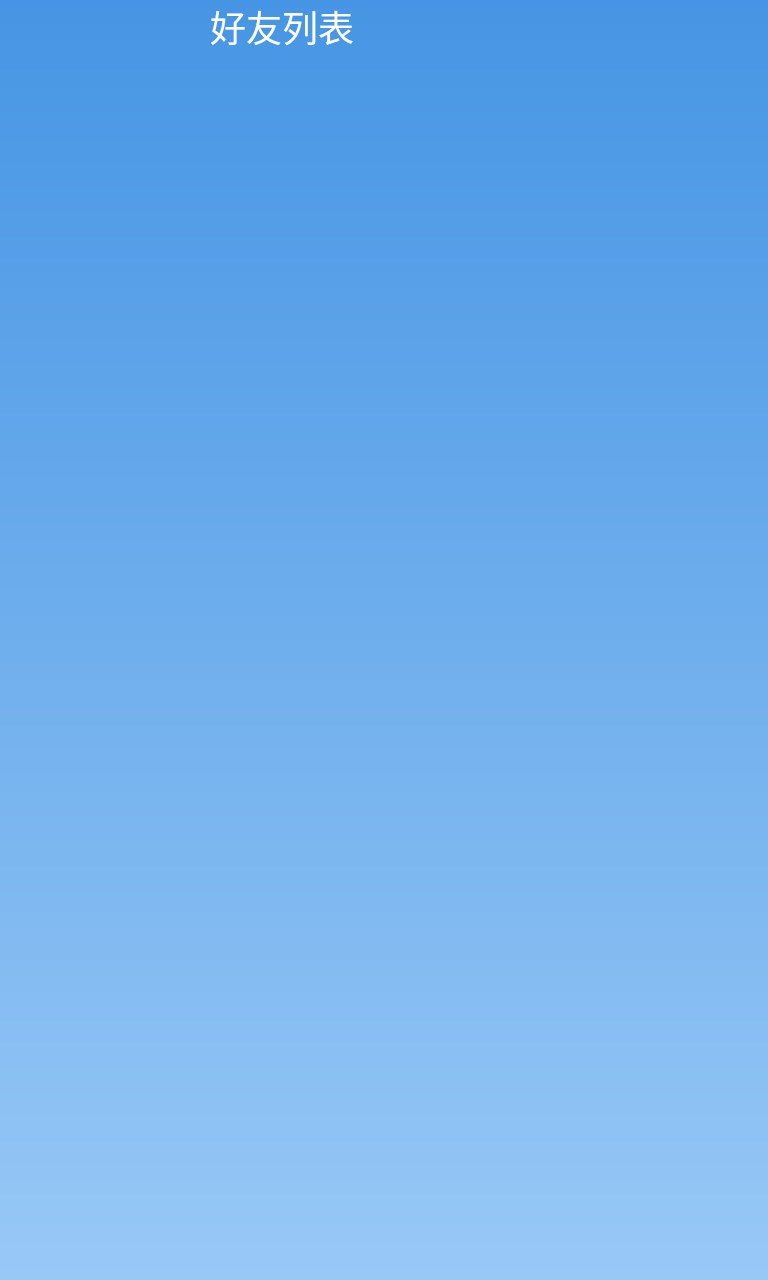
Repository: yjhcjykwbk-jlsec/experiment
Layout: client/CampusClient/res/layout/activity_contact.xml
These files come from the project's save history. The layout is drawn as it stood at one moment and after the next save; the edit follows.
It is drawn on a 768 x 1280 px phone screen (xhdpi) without system bars, with theme android:Theme; the app's code is not run. Lists and similar views that code fills are empty.

Above is the layout before, as saved 2014-03-19 11:07:45.

After the next save:
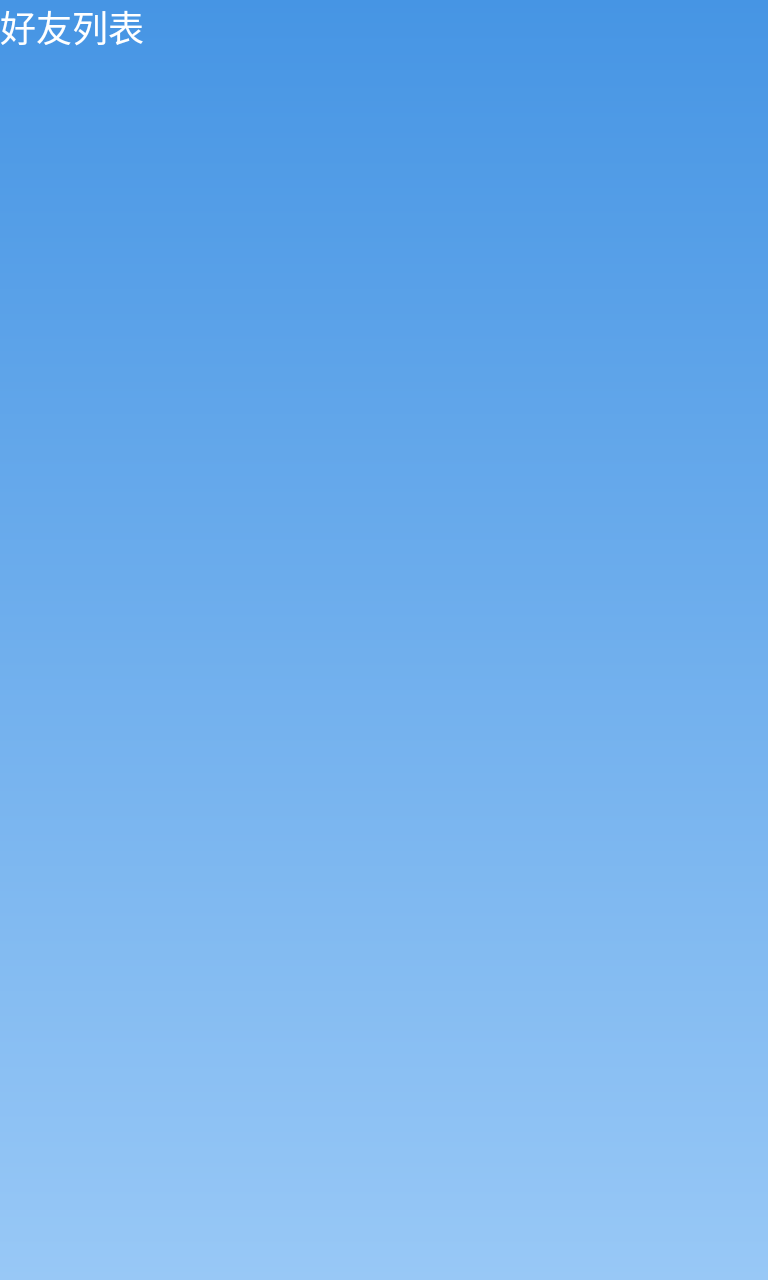
Saved 56 s later.
--- a/client/CampusClient/res/layout/activity_contact.xml
+++ b/client/CampusClient/res/layout/activity_contact.xml
@@ -13,12 +13,13 @@
         <ListView
             android:id="@+id/ContactListView"
             android:layout_width="wrap_content"
-            android:layout_height="match_parent"
-            android:layout_gravity="fill_vertical"
+            android:layout_height="wrap_content"
+            android:layout_gravity="bottom"
             android:layout_top="@+id/textView1"
             android:dividerHeight="5dp" >
 
         </ListView>
+
     </LinearLayout>
 
     <TextView
@@ -27,7 +28,6 @@
         android:layout_height="wrap_content"
         android:layout_alignParentLeft="true"
         android:layout_alignParentTop="true"
-        android:layout_marginLeft="105dp"
         android:text="好友列表"
         android:textAppearance="?android:attr/textAppearanceMedium" />
 
